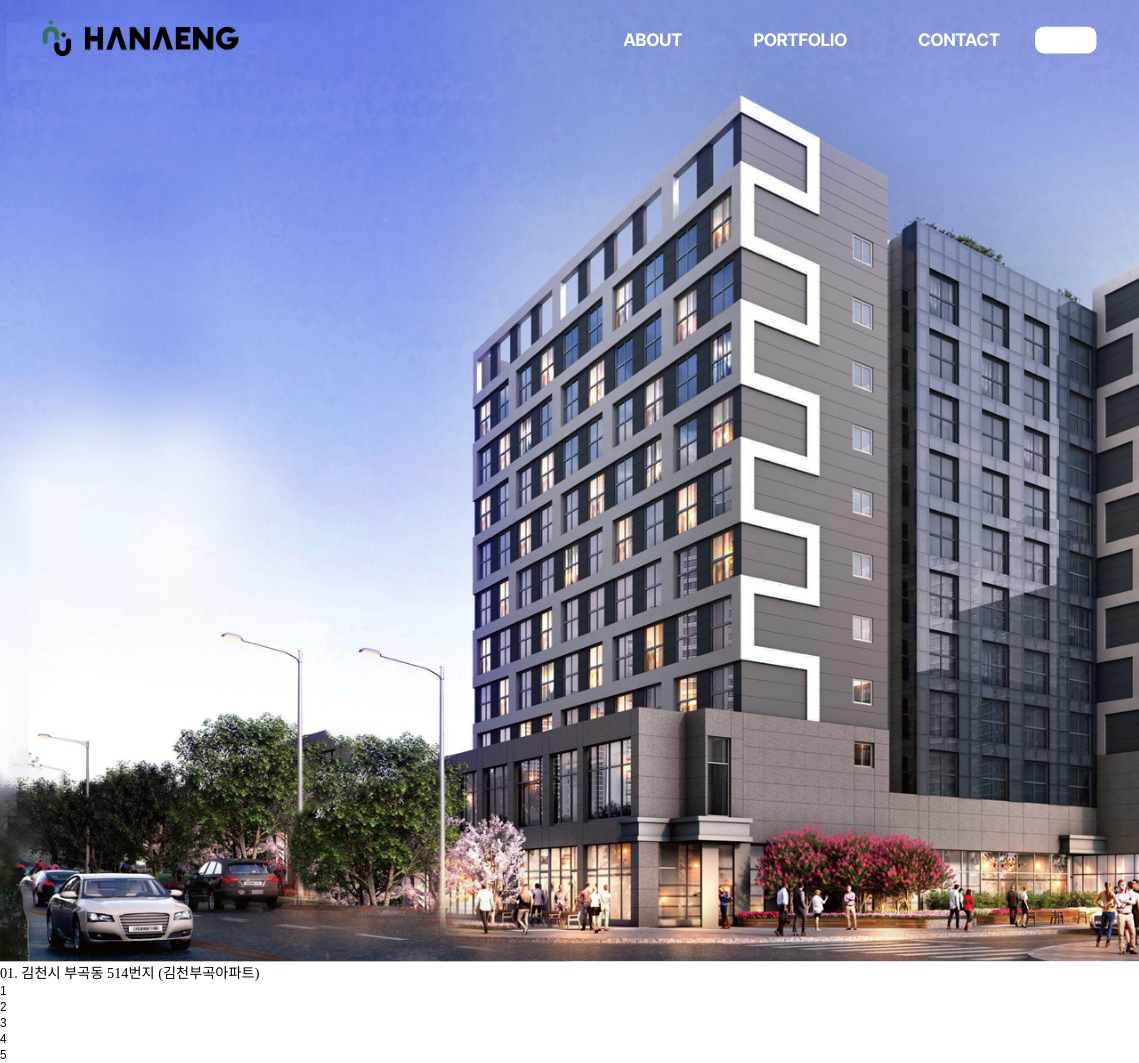
Repository: makeditWeb/hanaenc
Page: main.html
The author's editor kept a copy of each file at every save. The page is drawn from the files as they stood at one save, then again after the next save.
The browser window is 1280 px wide. The pictures show the whole page, at 89% of full size.
Some web libraries are served in a nearby version.

Above is the page before, as saved 2023-07-05 17:45:14.

After the next save:
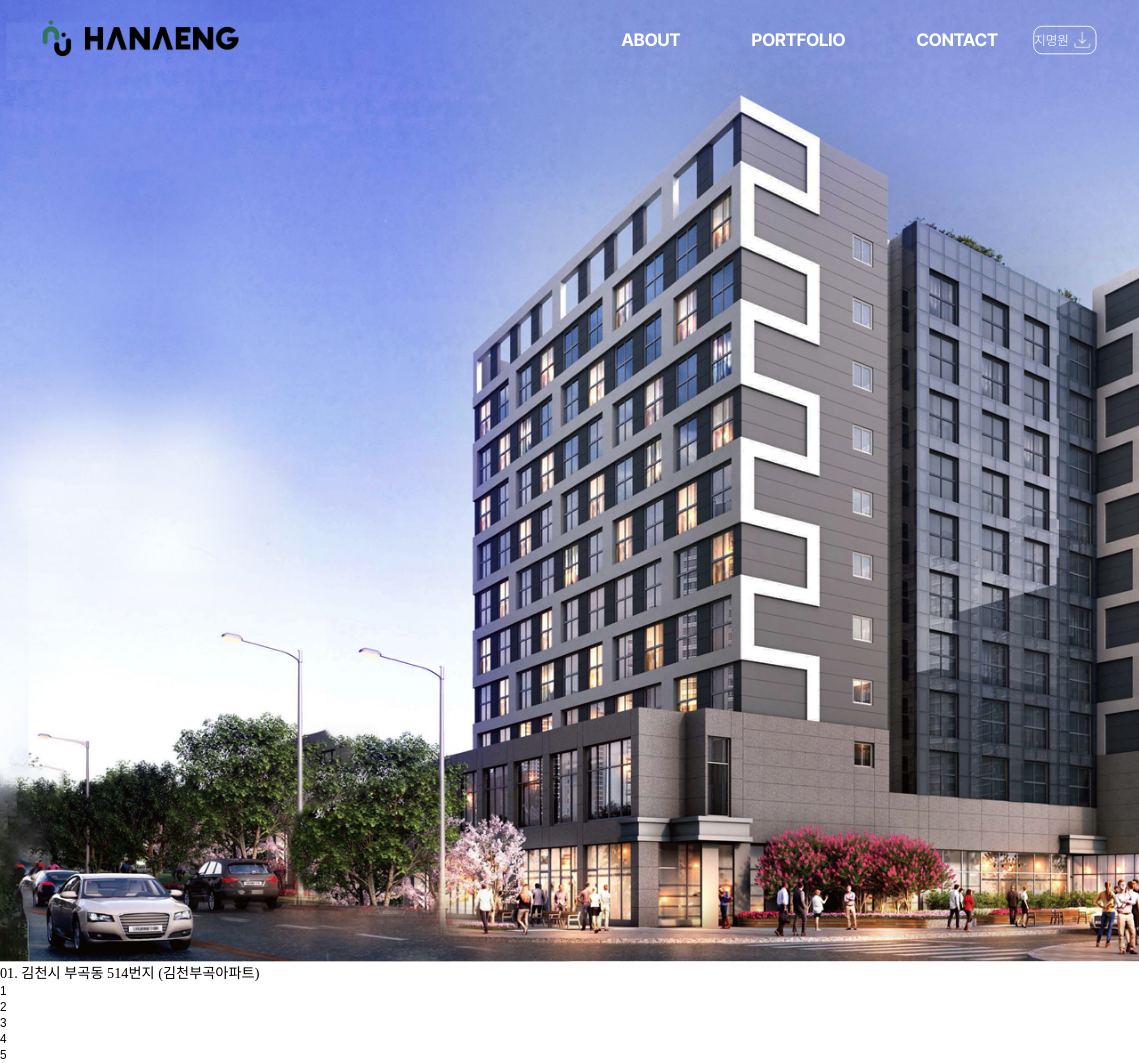
Saved 17 s later.
--- a/css/style.css
+++ b/css/style.css
@@ -288,7 +288,7 @@
 .download_wrap{
     display: flex;
     align-items: center;
-    background-color: #fff;
+    border: 1px solid #fff;
     border-radius: 10px;
 }
 
